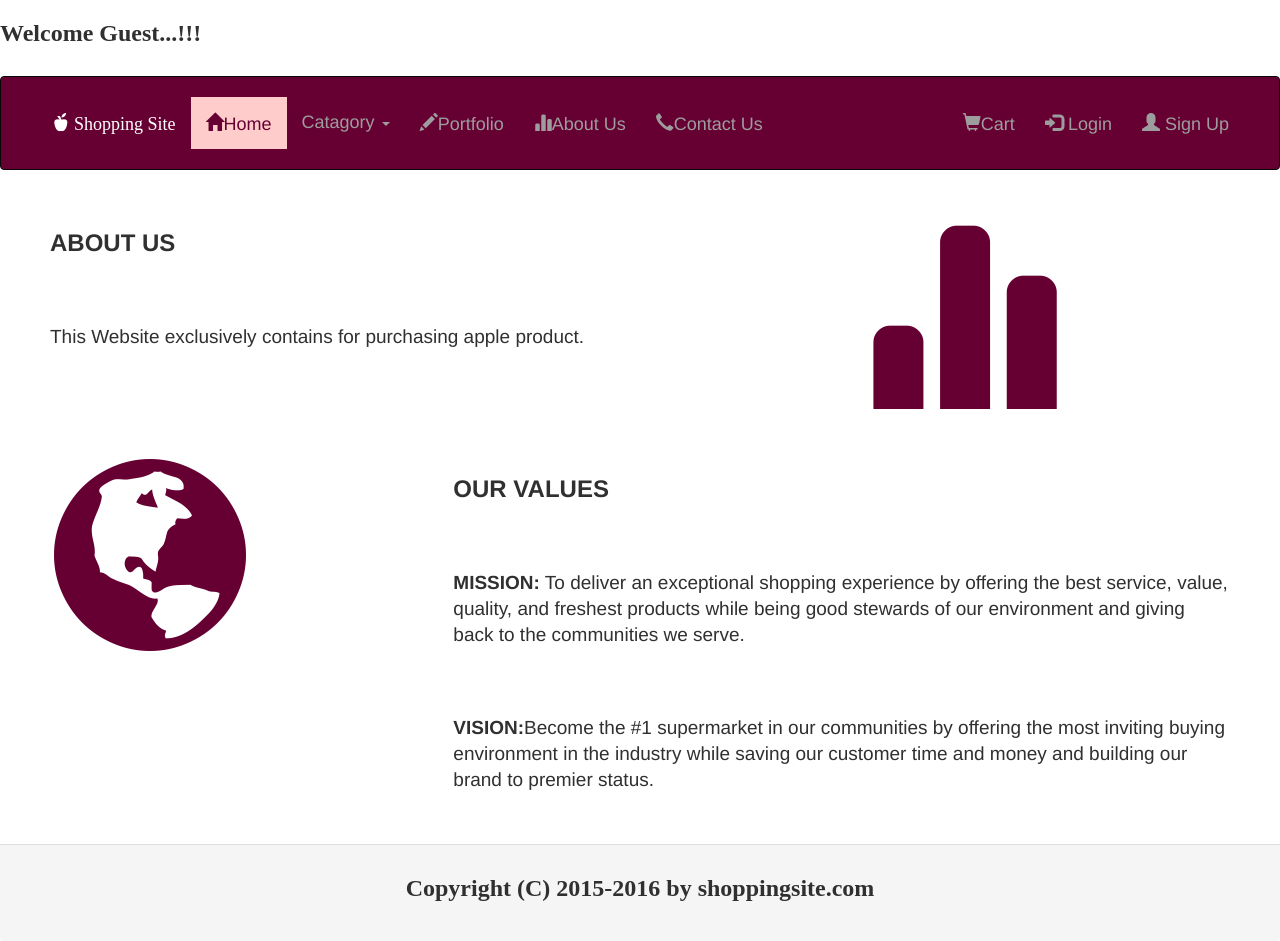
Repository: priyasuthakar/priya
Page: http://localhost/Apple/WEB-INF/views/about.jsp
These files come from the project's save history. The page is drawn as it stood at one moment and after the next save; the edit follows.
The browser window is 1280 px wide. The pictures show the whole page.
The page is served by Tomcat 9. Nobody is signed in. The template is opened directly, without the code that normally fills it, so the values that code supplies are empty.

Above is the page before, as saved 2016-08-25 17:54:18.

After the next save:
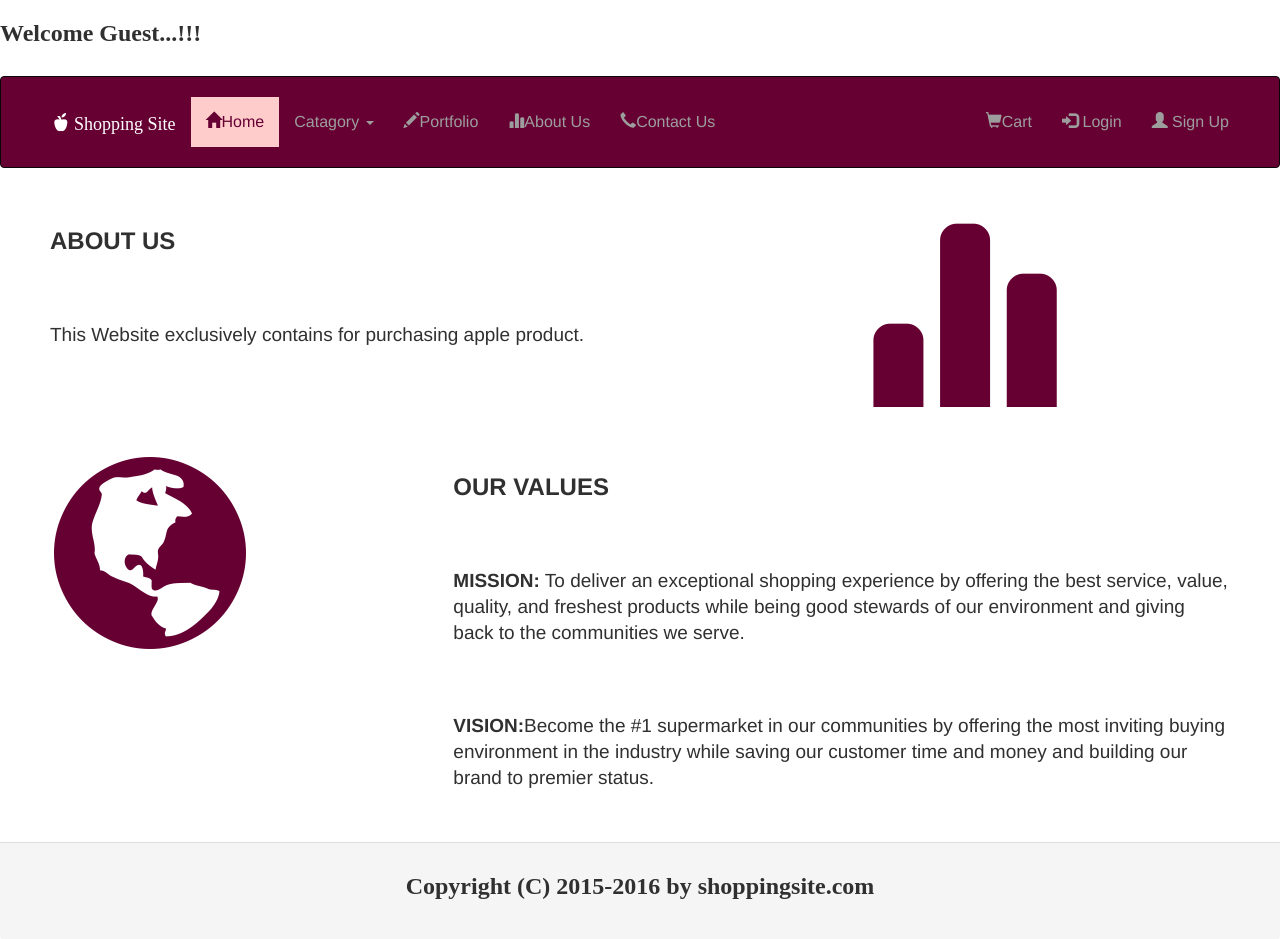
Saved 5 min 26 s later.
--- a/Apple/src/main/webapp/WEB-INF/views/about.jsp
+++ b/Apple/src/main/webapp/WEB-INF/views/about.jsp
@@ -120,7 +120,7 @@ h4 {
 
 .navbar {
 	background-color:#660033;
-	font-size: 18px !important;
+	font-size: 16px !important;
 }
 
 .navbar .navbar-brand {
